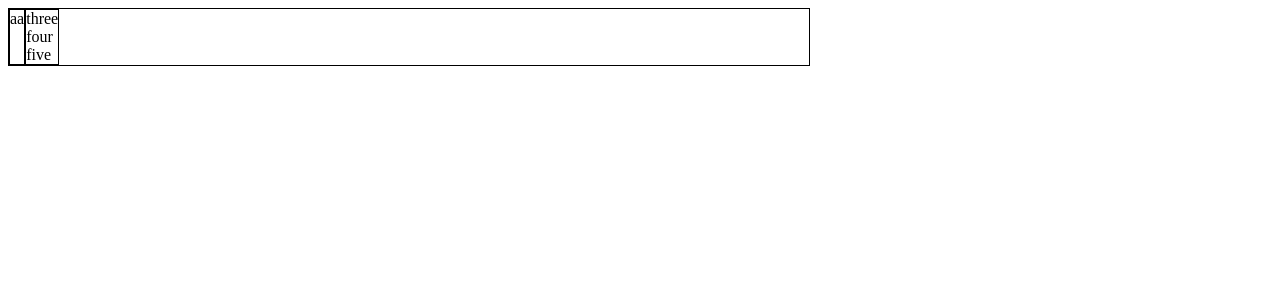
Repository: kpavankumaar/online_uk_class
Page: flex.html
The author's editor kept a copy of each file at every save. The page is drawn from the files as they stood at one save, then again after the next save.
The browser window is 1280 px wide. The pictures show the whole page.

Above is the page before, as saved 2022-01-12 14:34:58.

After the next save:
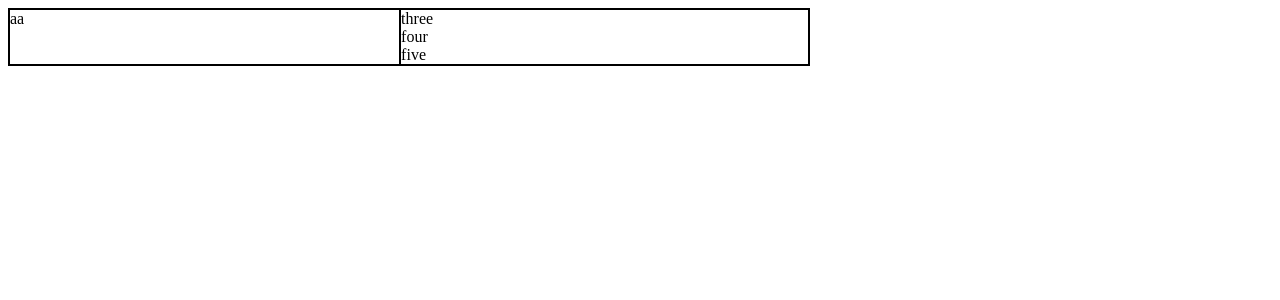
Saved 22 s later.
--- a/flex.html
+++ b/flex.html
@@ -18,7 +18,7 @@
             /* flex-grow:0;
             flex-shrink:1;
             flex-basis:auto; */
-            flex : 0 1 auto; /* short hand version*/
+            /* flex : 0 1 auto; short hand version */
             /* flex-grow: 1; */
             /* flex-shrink: 0; */
             /* width:400px; */
